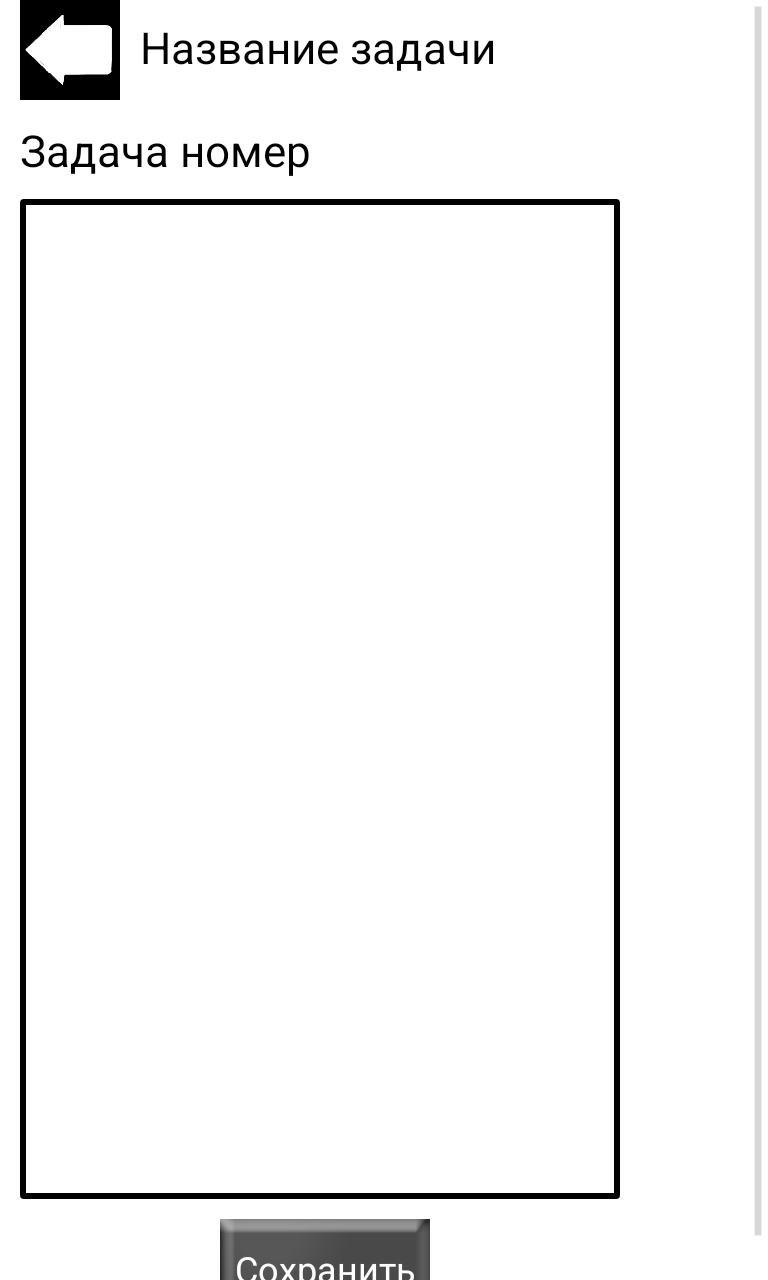
Repository: webguild/RedmineMobile
Layout: Android/RedmineAndroid/res/layout/project_task_edit.xml
These files come from the project's save history. The layout is drawn as it stood at one moment and after the next save; the edit follows.
It is drawn on a 768 x 1280 px phone screen (xhdpi) without system bars, with theme AppTheme; the app's code is not run. Lists and similar views that code fills are empty.

Above is the layout before, as saved 2013-01-21 14:58:13.

### Android/RedmineAndroid/res/layout/project_task_edit.xml
<?xml version="1.0" encoding="utf-8"?>
<LinearLayout xmlns:android="http://schemas.android.com/apk/res/android"
    android:layout_width="match_parent"
    android:layout_height="match_parent"
    android:background="#fff"
    android:orientation="vertical"
    android:paddingLeft="10dp" >

    <ScrollView
    android:layout_width="fill_parent"
    android:layout_height="wrap_content">

 <LinearLayout
    android:layout_width="fill_parent"
    android:layout_height="wrap_content"
    android:orientation="vertical">


    <LinearLayout
        android:layout_width="match_parent"
        android:layout_height="wrap_content" >

        <Button
            android:id="@+id/button1"
            android:layout_width="50dp"
            android:layout_height="50dp"
            android:background="@drawable/backbutton" />

        <TextView
            android:id="@+id/textView1"
            android:layout_width="wrap_content"
            android:layout_height="wrap_content"
            android:layout_marginLeft="10dp"
            android:text="Название задачи"
            android:textAppearance="?android:attr/textAppearanceLarge" />

    </LinearLayout>

    <TextView
        android:id="@+id/textView2"
        android:layout_width="wrap_content"
        android:layout_height="wrap_content"
        android:layout_marginTop="10dp"
        android:text="Задача номер"
        android:textAppearance="?android:attr/textAppearanceLarge" />

    <LinearLayout
        android:layout_width="410dp"
        android:layout_height="wrap_content" >

    </LinearLayout>

    <LinearLayout
        android:layout_width="300dp"
        android:layout_height="500dp"
        android:layout_marginTop="10dp"
        android:background="@drawable/customborder" >

        <ListView
            android:id="@+id/listView1"
            android:layout_width="300dp"
            android:layout_height="500dp"
            android:background="#fff"
            android:scrollbars="vertical" >

        </ListView>

    </LinearLayout>

    <Button
        android:id="@+id/button2"
        android:layout_width="105dp"
        android:layout_height="50dp"
        android:layout_marginLeft="100dp"
        android:layout_marginTop="10dp"
        android:background="@drawable/darkgreybutton"
        android:text="Сохранить"
        android:textColor="#fff" />
</LinearLayout>
</ScrollView>
</LinearLayout>

### Android/RedmineAndroid/res/drawable/customborder.xml
<?xml version="1.0" encoding="utf-8"?>
<shape xmlns:android="http://schemas.android.com/apk/res/android"
    android:shape="rectangle" >
   <corners android:radius="2dp"/>
   <padding android:left="3dp" android:right="3dp" android:top="3dp" android:bottom="3dp"/>
   <solid android:color="#000000"/>


</shape>

Loaded but not shown: Android/RedmineAndroid/res/values/styles.xml (common file); Android/RedmineAndroid/res/values-v11/styles.xml (common file)

After the next save:
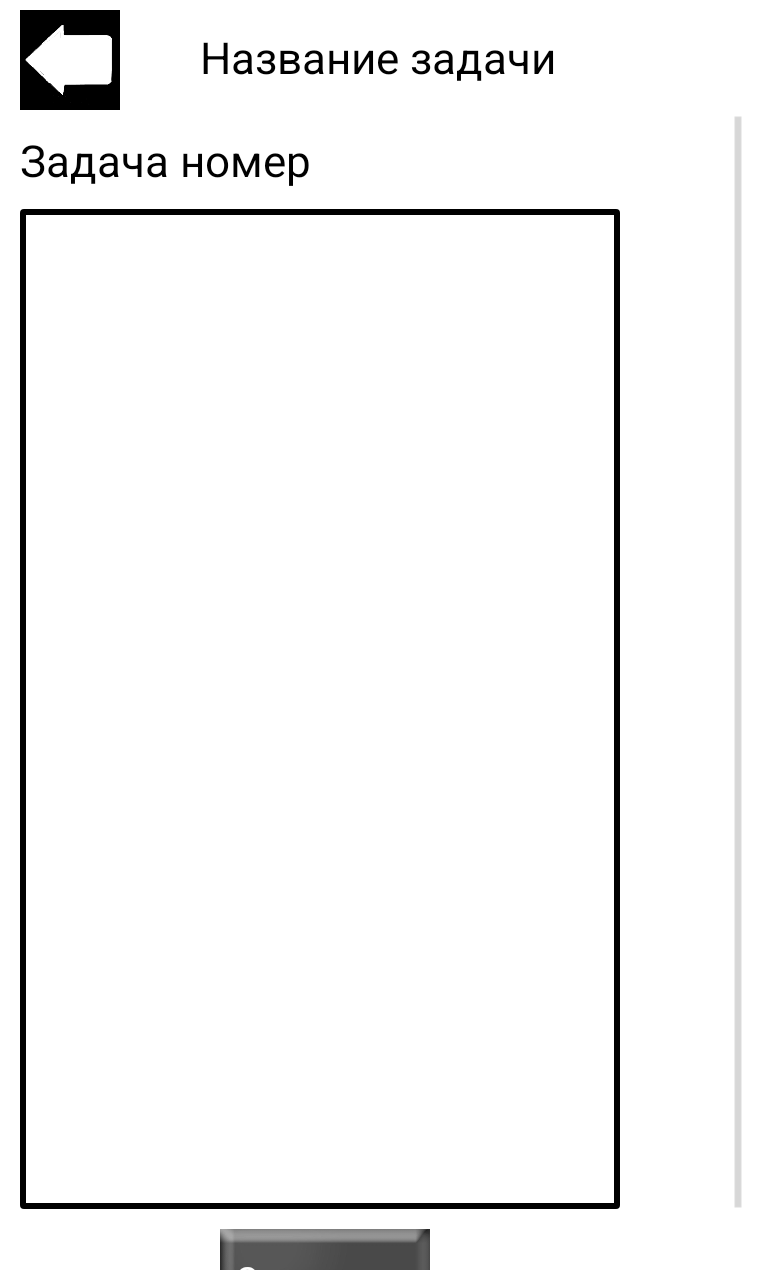
Saved 2 min 30 s later.
--- a/Android/RedmineAndroid/res/layout/project_task_edit.xml
+++ b/Android/RedmineAndroid/res/layout/project_task_edit.xml
@@ -4,17 +4,10 @@
     android:layout_height="match_parent"
     android:background="#fff"
     android:orientation="vertical"
-    android:paddingLeft="10dp" >
-
-    <ScrollView
-    android:layout_width="fill_parent"
-    android:layout_height="wrap_content">
-
- <LinearLayout
-    android:layout_width="fill_parent"
-    android:layout_height="wrap_content"
-    android:orientation="vertical">
-
+    android:paddingBottom="5dp"
+    android:paddingLeft="10dp"
+    android:paddingRight="10dp"
+    android:paddingTop="5dp" >
 
     <LinearLayout
         android:layout_width="match_parent"
@@ -30,11 +23,19 @@
             android:id="@+id/textView1"
             android:layout_width="wrap_content"
             android:layout_height="wrap_content"
-            android:layout_marginLeft="10dp"
+            android:layout_marginLeft="40dp"
             android:text="Название задачи"
             android:textAppearance="?android:attr/textAppearanceLarge" />
+    </LinearLayout>
 
-    </LinearLayout>
+    <ScrollView
+    android:layout_width="fill_parent"
+    android:layout_height="wrap_content">
+
+ <LinearLayout
+    android:layout_width="fill_parent"
+    android:layout_height="wrap_content"
+    android:orientation="vertical">
 
     <TextView
         android:id="@+id/textView2"
